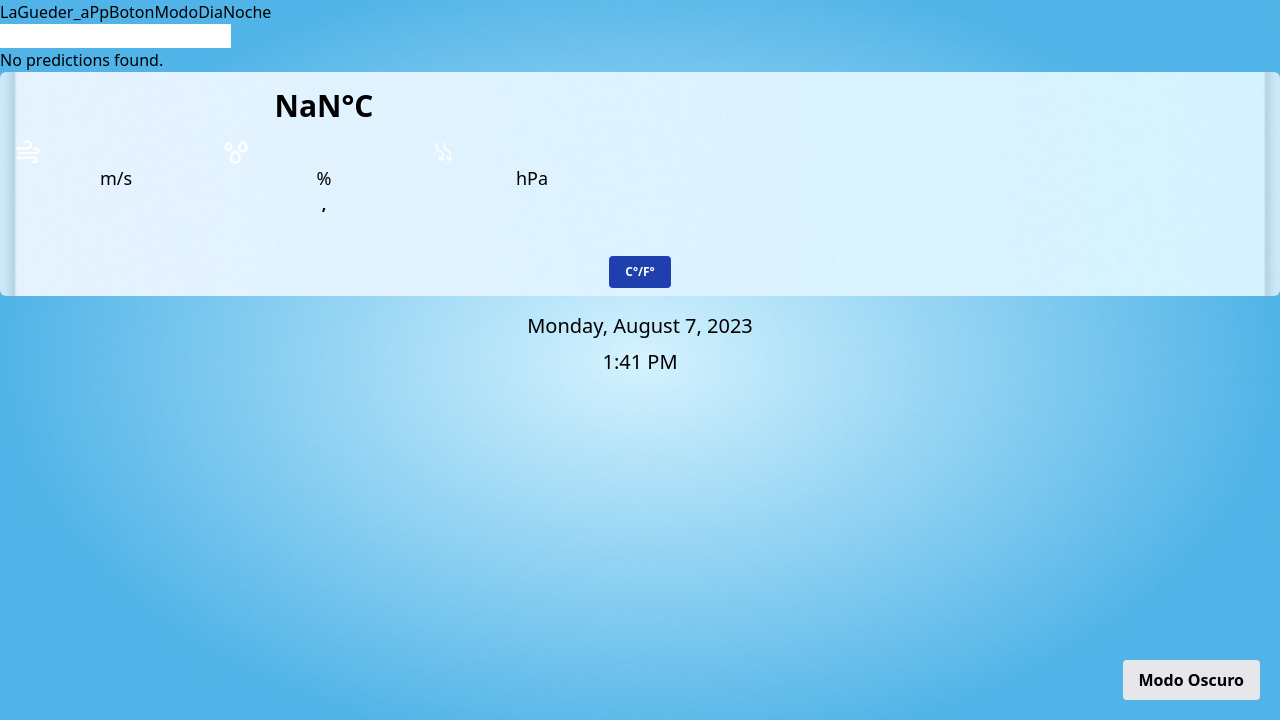
Repository: LukasMoyano/WeatherApp-_-LukasMoyano-_-V-_4.0_6.6.6
Page: /
The author's editor kept a copy of each file at every save. The page is drawn from the files as they stood at one save, then again after the next save.
The browser window is 1280 px wide. The pictures show the whole page.
The page's requests for data from a server got no answer. The project was rebuilt for these pictures with package versions that can differ from the ones it lists, and the page was loaded fresh each time. No one was signed in, and anything a server would have sent is missing. Also part of the build but not shown: vite.config.js.

Above is the page before, as saved 2023-08-07 18:00:48.

After the next save:
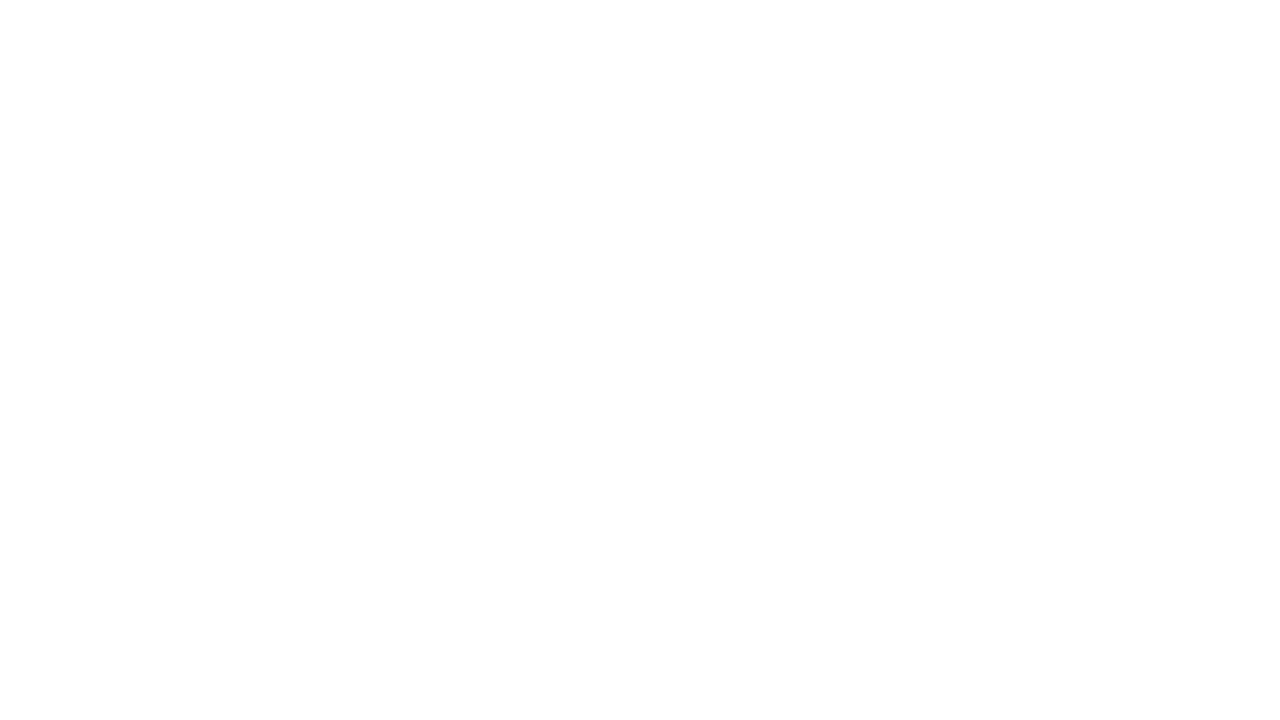
Console error: ReferenceError: LaGueder_aPpBotonModoDiaNoche is not defined
Saved 68 s later.
--- a/src/App.jsx
+++ b/src/App.jsx
@@ -3,7 +3,6 @@
 import Weather from "./components/Weather"; // Importa el componente Weather
 import "./App.css";
 import SearchBar from "./components/SearchBar";
-import LaGueder_aPpBotonModoDiaNoche from "./components/LaGueder_aPp-BotonModoDiaNoche";
 
 function App() {
   // Estado para almacenar la información del clima
@@ -76,7 +75,6 @@
           {/* Texto dinámico del botón según el modo actual */}
           {isDarkMode ? "Modo Claro" : "Modo Oscuro"}
         </button>
-
       </main>
     </div>
   );

After the save that followed:
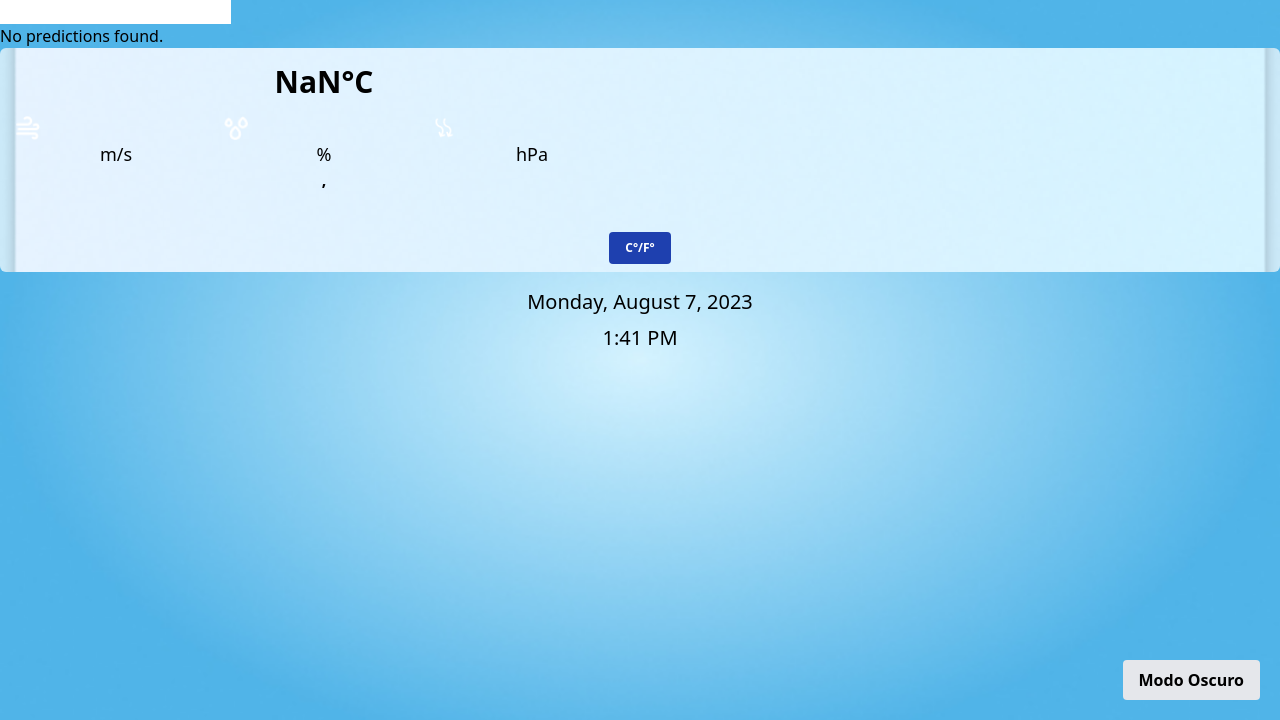
The error is gone.
Saved 23 s later.
--- a/src/App.jsx
+++ b/src/App.jsx
@@ -59,7 +59,6 @@
           backgroundPosition: "center",
         }}
       >
-        <LaGueder_aPpBotonModoDiaNoche />
                 <SearchBar />
 
         {/* Renderiza el componente Weather con los datos del clima y el estado de modo oscuro */}
